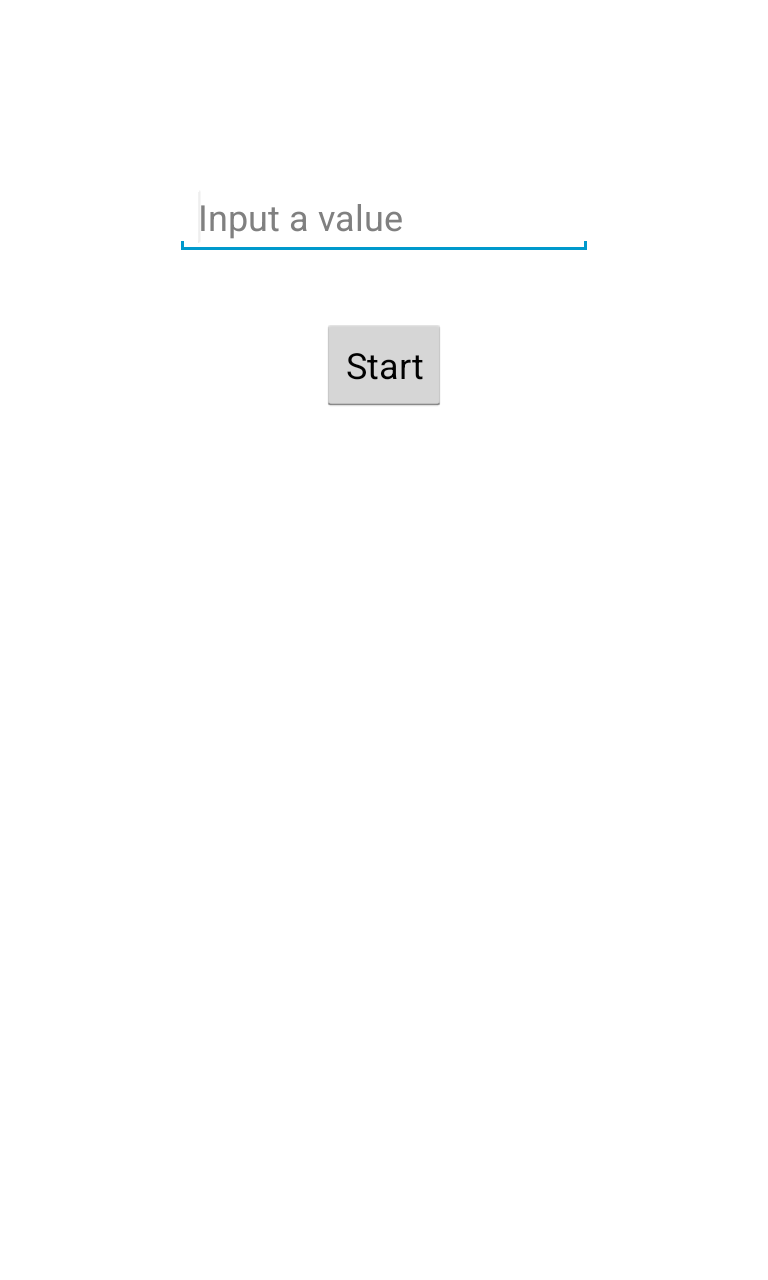
Repository: MadhuHS/JECM3
Layout: ReturnsValue/res/layout/activity_main.xml
An editor plug-in stored every save of this project. The layout is shown before and after the next save, followed by the edit.
It is drawn on a 768 x 1280 px phone screen (xhdpi) without system bars, with theme AppTheme; the app's code is not run.

Above is the layout before, as saved 2015-11-19 04:07:08.

### ReturnsValue/res/layout/activity_main.xml
<RelativeLayout xmlns:android="http://schemas.android.com/apk/res/android"
    xmlns:tools="http://schemas.android.com/tools"
    android:layout_width="match_parent"
    android:layout_height="match_parent"
    android:paddingBottom="@dimen/activity_vertical_margin"
    android:paddingLeft="@dimen/activity_horizontal_margin"
    android:paddingRight="@dimen/activity_horizontal_margin"
    android:paddingTop="@dimen/activity_vertical_margin"
    tools:context=".MainActivity" >

    <EditText
        android:id="@+id/editTextinput"
        android:layout_width="wrap_content"
        android:layout_height="wrap_content"
        android:layout_alignParentTop="true"
        android:layout_centerHorizontal="true"
        android:layout_marginTop="73dp"
        android:ems="10"
        android:hint="Input a value" >

        <requestFocus />
    </EditText>

    <Button
        android:id="@+id/buttonstart"
        android:layout_width="wrap_content"
        android:layout_height="wrap_content"
        android:layout_below="@+id/editTextinput"
        android:layout_centerHorizontal="true"
        android:layout_marginTop="30dp"
        android:text="Start" />

</RelativeLayout>

Loaded but not shown: ReturnsValue/res/values/styles.xml (common file); ReturnsValue/res/values-v11/styles.xml (common file); ReturnsValue/res/values-v14/styles.xml (common file); ReturnsValue/res/values/dimens.xml (common file)

After the next save:
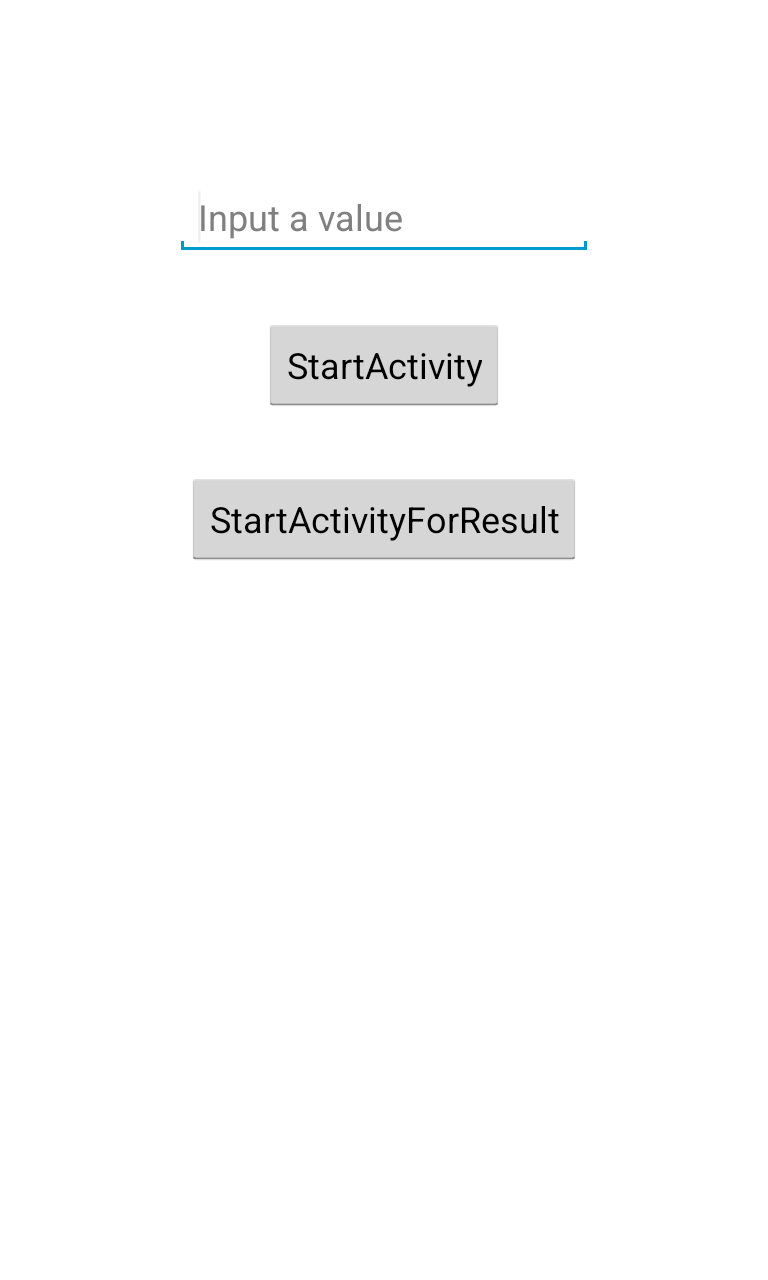
Saved 89 s later.
--- a/ReturnsValue/res/layout/activity_main.xml
+++ b/ReturnsValue/res/layout/activity_main.xml
@@ -28,6 +28,15 @@
         android:layout_below="@+id/editTextinput"
         android:layout_centerHorizontal="true"
         android:layout_marginTop="30dp"
-        android:text="Start" />
+        android:text="StartActivity" />
+
+    <Button
+        android:id="@+id/buttongetresult"
+        android:layout_width="wrap_content"
+        android:layout_height="wrap_content"
+        android:layout_below="@+id/buttonstart"
+        android:layout_centerHorizontal="true"
+        android:layout_marginTop="29dp"
+        android:text="StartActivityForResult" />
 
 </RelativeLayout>
